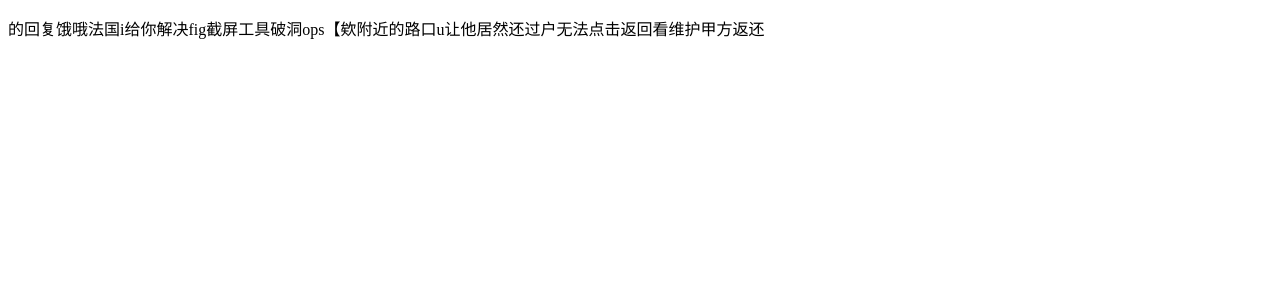
Repository: ljx1197678031/Wed-Design
Page: 01/5.html
The author's editor kept a copy of each file at every save. The page is drawn from the files as they stood at one save, then again after the next save.
The browser window is 1280 px wide. The pictures show the whole page.

Above is the page before, as saved 2020-06-03 15:46:27.

After the next save:
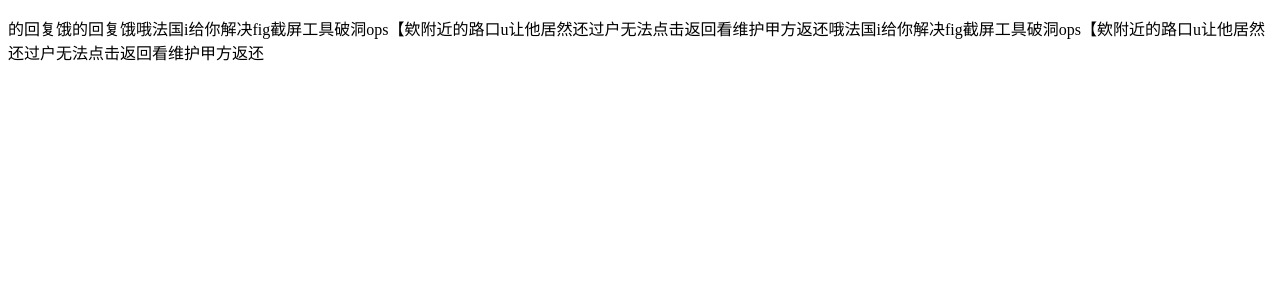
Saved 17 s later.
--- a/01/5.html
+++ b/01/5.html
@@ -15,7 +15,7 @@
 <body>
     <div id="content">
         <p>
-        的回复饿哦法国i给你解决fig截屏工具破洞ops【欸附近的路口u让他居然还过户无法点击返回看维护甲方返还
+        的回复饿的回复饿哦法国i给你解决fig截屏工具破洞ops【欸附近的路口u让他居然还过户无法点击返回看维护甲方返还哦法国i给你解决fig截屏工具破洞ops【欸附近的路口u让他居然还过户无法点击返回看维护甲方返还
         </p>
     </div>
 
